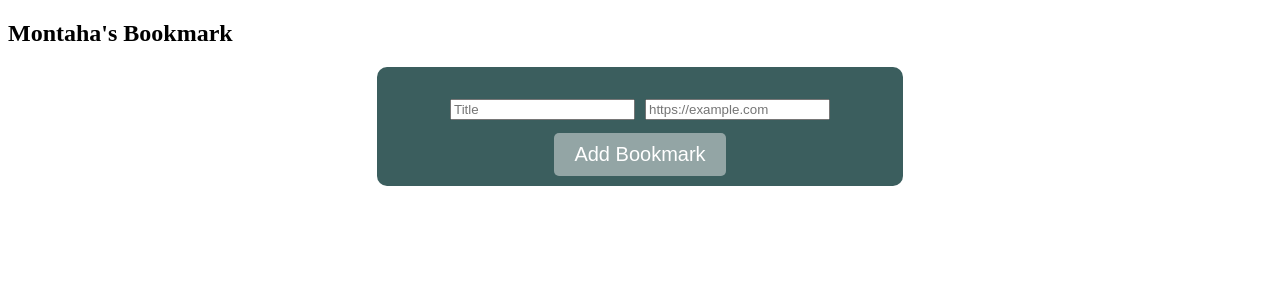
Repository: eidimontaha18-maker/finalproject
Page: index.html
An editor plug-in stored every save of this project. The page is shown before and after the next save, followed by the edit.
The browser window is 1280 px wide. The pictures show the whole page.

Above is the page before, as saved 2025-11-25 23:26:11.

### index.html
<!DOCTYPE html>
<html lang="en">
<head>
    <meta charset="UTF-8">
    <meta name="viewport" content="width=device-width, initial-scale=1.0">
    <title>Montaha's Bookmark</title>
    <link rel="stylesheet" href="style.css">
</head>
<body>
    <nav>
        <h1>Montaha's Bookmark</h1>
    </nav>

    <main>
        <div class="addbookmark">
            <input type="text" placeholder="Title" />
            <input type="text" placeholder="https://example.com" />
            <br>
            <button id="addbtn">Add Bookmark</button>
        </div>
    </main>

</body>
</html>

### style.css
.addbookmark{
    background-color: rgb(59, 94, 94);
    padding: 10px;
    width: 40%;
    margin: auto;
    border-radius: 10px;
    text-align: center;
    font-size: 40px;
}
#addbtn{
    background-color: rgb(147, 165, 165);
    color: white;
    padding: 10px 20px;
    border: none;
    border-radius: 5px;
    font-size: 20px;
    cursor: pointer;
}

After the next save:
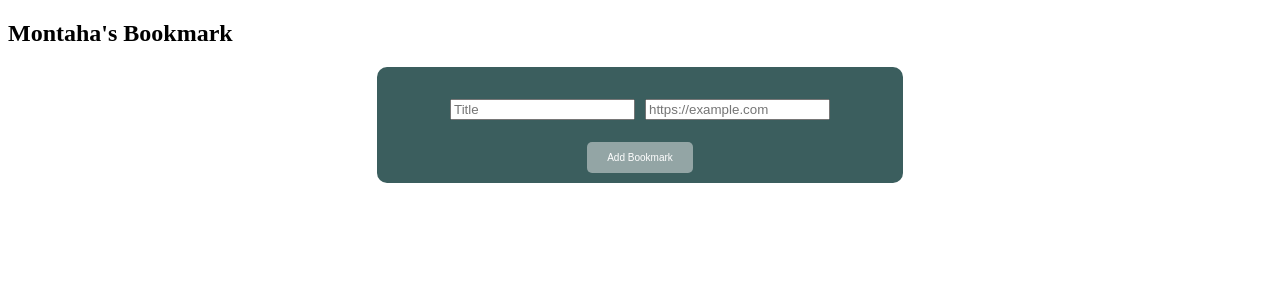
Saved 8 s later.
--- a/style.css
+++ b/style.css
@@ -13,6 +13,6 @@
     padding: 10px 20px;
     border: none;
     border-radius: 5px;
-    font-size: 20px;
+    font-size: 10px;
     cursor: pointer;
 }
